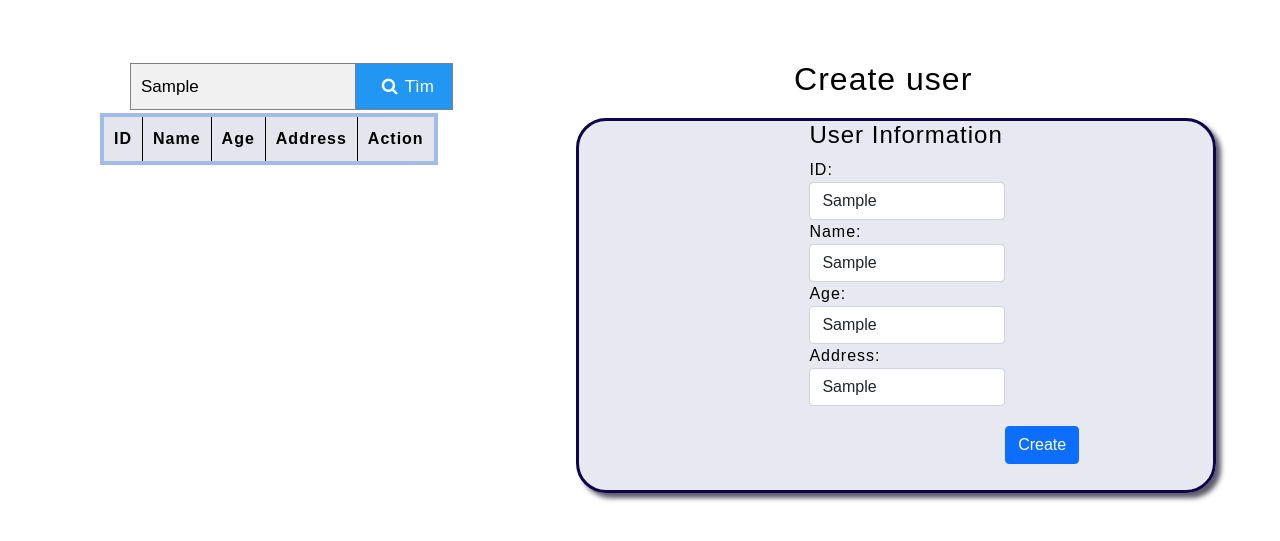
Repository: minhtuan16/JS-Basic
Page: CRUD-Department/userrr.html
These files come from the project's save history. The page is drawn as it stood at one moment and after the next save; the edit follows.
The browser window is 1280 px wide. The pictures show the whole page.
Empty fields were first filled with sample values (such as "Sample", 5 or name@example.com).
After loading, the first visible `#searchh` was clicked once.

Above is the page before, as saved 2022-06-09 01:45:22.

After the next save:
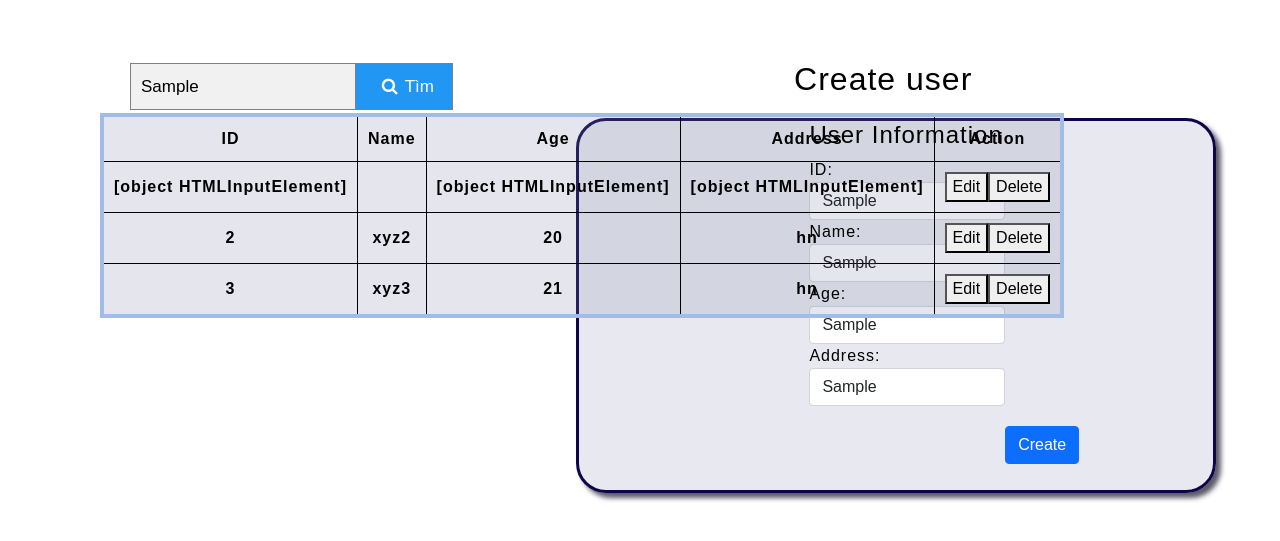
Saved 25 s later.
--- a/CRUD-Department/scripts/create.js
+++ b/CRUD-Department/scripts/create.js
@@ -157,8 +157,10 @@ function search() {
         } else if (inputt.length > 0) {
             var index = data.findIndex(x => x.name.indexOf(inputt) );
 
-            data = index;
+            // data = index;
 
-            resetDrawTable(data)
+            // resetDrawTable(data)
+            data[index] = {id: id, name: name, age: age, address: address};
+            resetDrawTable(data);
         }
 }
